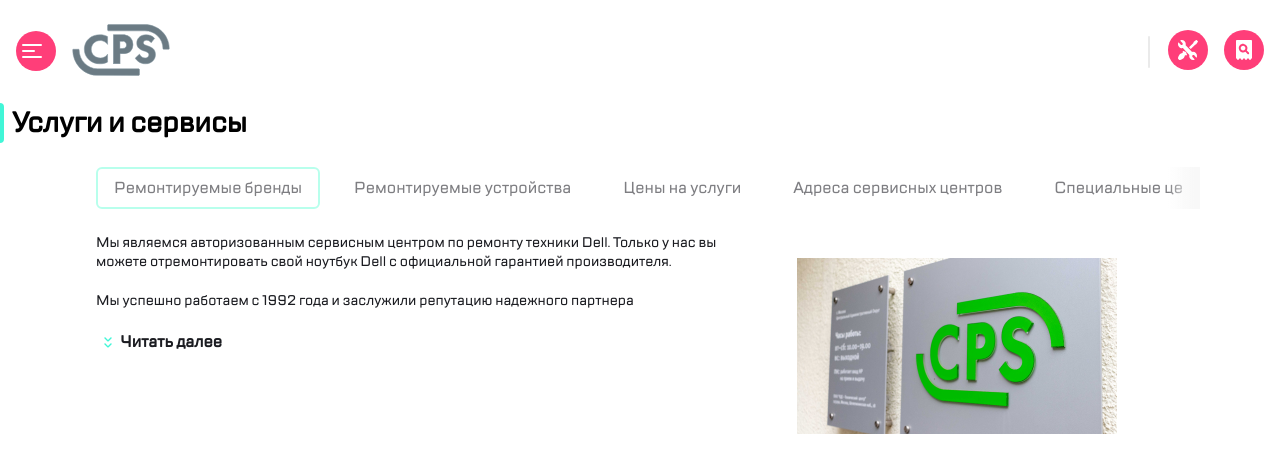
Repository: sem1103/bem
Page: index.html
These files come from the project's save history. The page is drawn as it stood at one moment and after the next save; the edit follows.
The browser window is 1280 px wide. The pictures show the whole page.

Above is the page before, as saved 2023-12-27 20:06:25.

After the next save:
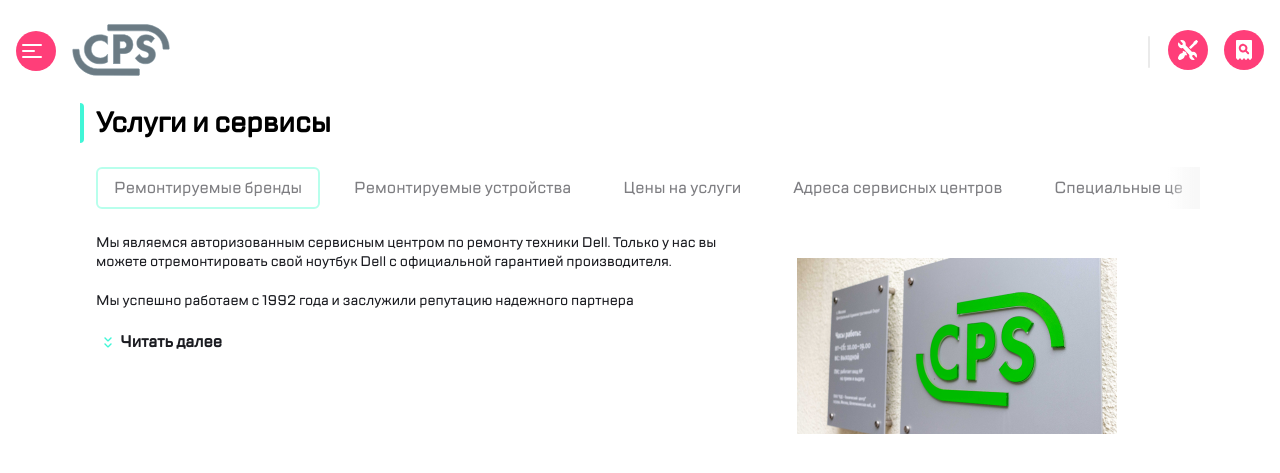
Saved 33 s later.
--- a/index.html
+++ b/index.html
@@ -132,7 +132,7 @@
 
         <main>
             <div class="title">
-                <h1>
+                <h1 class="container">
                     Услуги и сервисы
                 </h1>
             </div>
